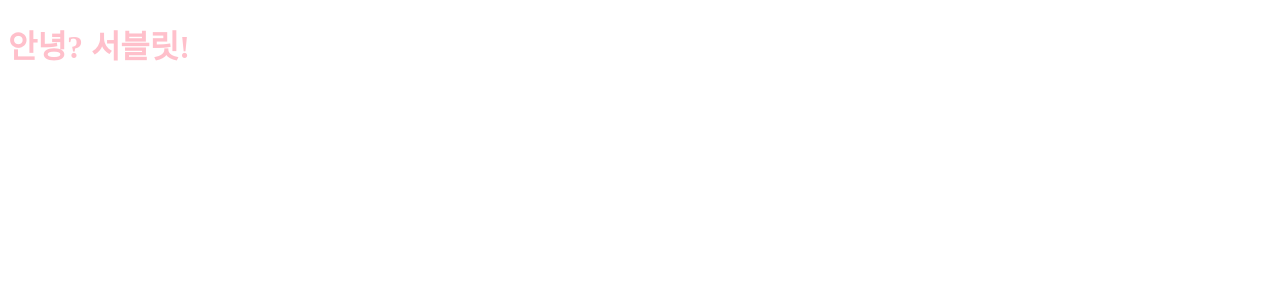
Repository: yoonseo0832/workspace
Page: 05_server/1_servlet/src/main/webapp/index.html
These files come from the project's save history. The page is drawn as it stood at one moment and after the next save; the edit follows.
The browser window is 1280 px wide. The pictures show the whole page.

Above is the page before, as saved 2025-03-19 01:34:36.

After the next save:
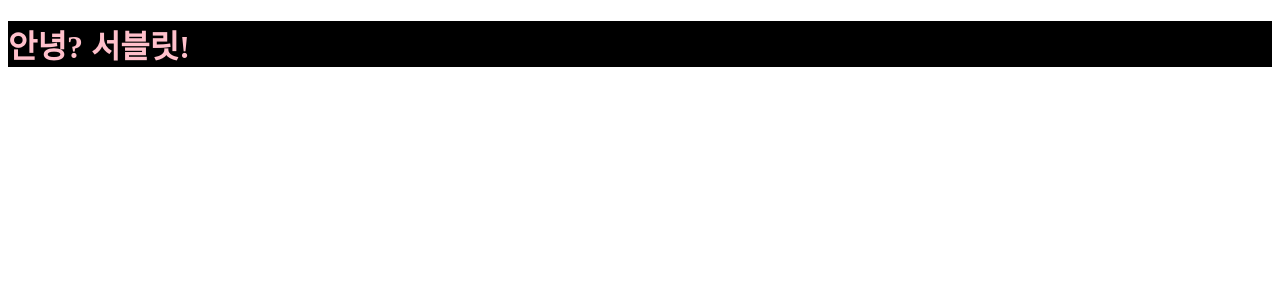
Saved 28 s later.
--- a/05_server/1_servlet/src/main/webapp/index.html
+++ b/05_server/1_servlet/src/main/webapp/index.html
@@ -6,6 +6,7 @@
 <style>
 	h1{
 		color: pink;
+		background-color: black;
 	}
 </style>
 </head>
